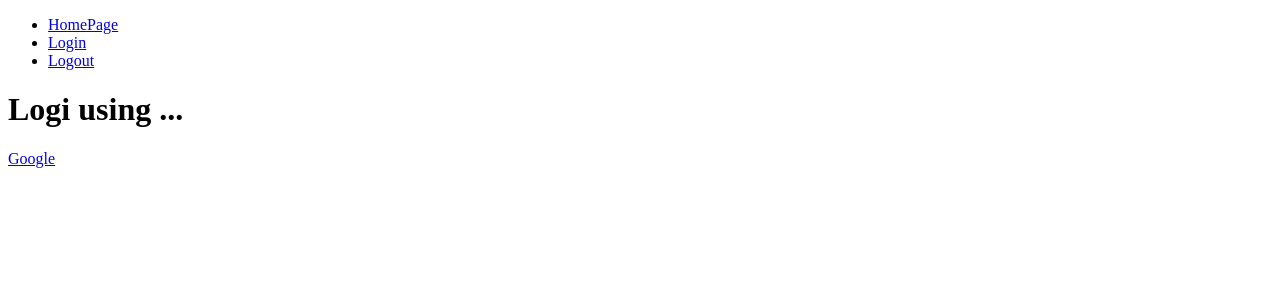
Repository: RISBandara/Oauth2-Assignment2
Page: http://localhost/auth/login
The author's editor kept a copy of each file at every save. The page is drawn from the files as they stood at one save, then again after the next save.
The browser window is 1280 px wide. The pictures show the whole page.
The page is served by the project's Node server (app.js).

Above is the page before, as saved 2019-09-11 09:48:55.

### Oauth/views/login.ejs
<!DOCTYPE html>
<html>
    <head>
        <meta charset="utf-8">
        <title>login</title>
    </head>
    <body>
            <nav>
                    <ul>
                        <li><a href="/">HomePage</a></li>
                        <li><a href="/auth/login">Login</a></li>
                        <li><a href="/auth/logout">Logout</a></li>
                    </ul>
                </nav>
                <header>
                    <h1>Logi using ...</h1>

                </header>
                <main>
                    <a class="google-btn" href="/auth/google">Google</a>
                </main>
    </body>
</html>

### Oauth/app.js
const express = require('express');
const auth = require('./routes/auth-routes');

const app = express();

//set view engine
app.set('view engine','ejs');

//route google
app.use('/auth',auth);

//create route
app.get('/',(req,res) =>{

    res.render('home.ejs');
});

//port
app.listen(3000,()=>{
    console.log('started in 3000');
})

### Oauth/routes/auth-routes.js
const router = require('express').Router();

//auth login
router.get('/login',(req,res)=>{

    res.render('login');
})

//auth with google
router.get('/google',(req,res)=>{

    //hadle with passport js
    res.send('logging with google');
});

router.get('/logout',(req,res)=>{
    res.send('logout');
})

module.exports = router;

After the next save:
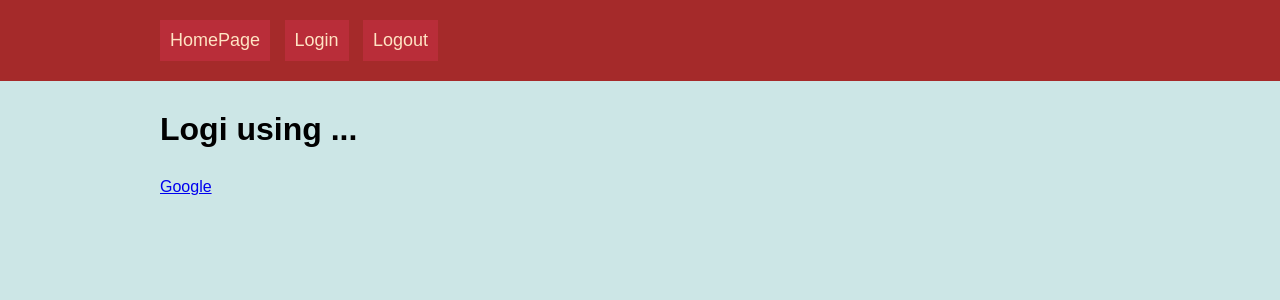
Saved 100 s later.
--- a/Oauth/views/login.ejs
+++ b/Oauth/views/login.ejs
@@ -3,6 +3,43 @@
     <head>
         <meta charset="utf-8">
         <title>login</title>
+        <style>
+                body{
+                    font-family: Arial, Helvetica, sans-serif;
+                    margin: 0;
+                    background-color: rgb(204, 230, 230);
+                }
+                nav{
+                    background-color: brown;
+                    padding: 20px 10px;
+                }
+
+                nav ul{
+                max-width: 960px;
+                margin: 0 auto;
+                padding: 0;
+                }
+                nav li{
+                    list-style-type: none ;
+                    display: inline-block;
+                    margin: 0 10px 0 0;
+                }
+                nav a{
+                    display: block;
+                    padding: 10px;
+                    font-size: 18px;
+                    color: bisque;
+                    background: rgb(185, 45, 57);
+                    text-decoration: none;
+                }
+
+                main ,header{
+                    max-width: 960px;
+                    margin: 30px auto;
+                    padding: 0 10px;
+                    color: black;
+                }
+                        </style>
     </head>
     <body>
             <nav>
